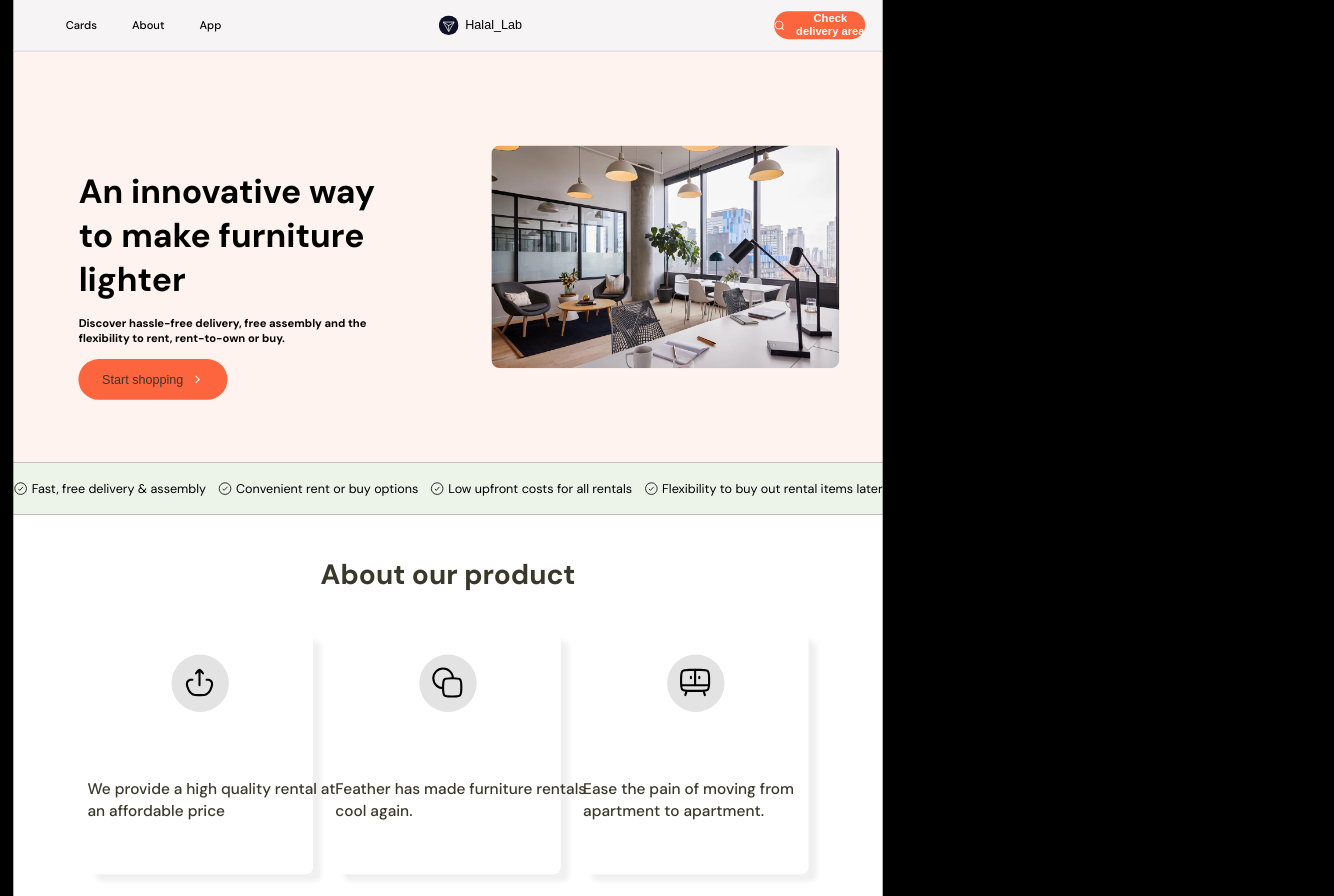
Repository: noman-source/Furniture-website
Page: index.html
The author's editor kept a copy of each file at every save. The page is drawn from the files as they stood at one save, then again after the next save.
The browser window is 1280 px wide. The page is 1905 px wide, so the pictures cover 1905 px, including what lies to the right of the window. The pictures show the part of the page from y = 0 to 1280 px (the page is 4310 px tall), at 70% of full size.

Above is the page before, as saved 2025-07-04 12:48:40.

### index.html
<!DOCTYPE html>
<html lang="en">

<head>
    <meta charset="UTF-8">
    <meta name="viewport" content="width=device-width, initial-scale=1.0">
    <title>Document</title>
    <link rel="stylesheet" href="style.css">
</head>

<body>
    <header>
        <div class="navbar">
            <div class="nav-left">
                <ul>
                    <li>Cards</li>
                    <li>About</li>
                    <li>App</li>
                </ul>
            </div>
            <div class="nav-center">
                <ul>
                    <li><img src="asserts/svg/navbar-logo.svg" alt=""></li>
                    <li>Halal_Lab</li>
                </ul>
            </div>
            <div class="nav-right"><button><img src="asserts/svg/search.svg" alt="">Check delivery area</button></div>
        </div>
    </header>
    <main>
        <div class="section1">
            <div class="section1-left">
                <div class="section1-text">
                    <h2>An innovative way to make furniture lighter</h2>
                    <h4>Discover hassle-free delivery, free assembly and the flexibility to rent, rent-to-own or buy.
                    </h4>
                    <div class="section1-butt"><button>
                            <p>Start shopping</p><img src="asserts/svg/arrow.svg" alt="">
                        </button></div>
                </div>
            </div>
            <div class="section1-right">
                <img src="asserts/image/img 1.jpg" alt="">
            </div>
        </div>
        <div class="section2">
            <ul>
                <li><img src="asserts/svg/checkmark-circle-01.svg" alt="">Fast, free delivery & assembly</li>
                <li><img src="asserts/svg/checkmark-circle-01.svg" alt="">Convenient rent or buy options</li>
                <li><img src="asserts/svg/checkmark-circle-01.svg" alt="">Low upfront costs for all rentals</li>
                <li><img src="asserts/svg/checkmark-circle-01.svg" alt="">Flexibility to buy out rental items later</li>
            </ul>
        </div>
        <div class="section3">
            <p>About our product</p>
            <div class="section3-content">
                <div class="box box1">
                    <div class="circle"><img src="asserts/svg/upload-03.svg" alt=""></div>
                    <p>We provide a high quality rental at an affordable price</p>
                </div>
                <div class="box box2">
                    <div class="circle"><img src="asserts/svg/drawing-mode.svg" alt=""></div>
                    <p>Feather has made furniture rentals
                        cool again.</p>
                </div>
                <div class="box box3">
                    <div class="circle"><img src="asserts/svg/cabinet-01.svg" alt=""></div>
                    <p>Ease the pain of moving from
                        apartment to apartment.</p>
                </div>

            </div>
        </div>
        <div class="section4">
            <p>Browse by room</p>
            <div class="section4-content">
                <div class="box box1"><img src="asserts/image/img 2.png" alt="">
                    <p>Office <img src="asserts/svg/Vector.svg" alt=""></p>
                </div>
                <div class="box box2"><img src="asserts/image/img 3.png" alt="">
                    <p>Bedroom <img src="asserts/svg/Vector.svg" alt=""></p>
                </div>
                <div class="box box3"><img src="asserts/image/img 4.png" alt="">
                    <p>Living room <img src="asserts/svg/Vector.svg" alt=""></p>
                </div>
                <div class="box box4"><img src="asserts/image/img 5.png" alt="">
                    <p>Dining room <img src="asserts/svg/Vector.svg" alt=""></p>
                </div>
            </div>
        </div>
        <div class="section5">
            <div class="section5-top">
                <div class="left">
                    <div class="text">
                        <h3>Hassle free</h3>
                        <p>High quality but affordable rental designs.</p>
                    </div>
                    <div class="button"><button>Learn more <img src="asserts/svg/arrow-down-01.svg" alt=""></button>
                    </div>
                </div>
                <div class="right"><img src="asserts/image/img 6.png" alt=""></div>
            </div>
            <div class="section5-middle">
                <div class="right"><img src="asserts/image/img 7.png" alt=""></div>
                <div class="left">
                    <div class="text">
                        <h3>Risk free</h3>
                        <p>Furniture three ways. Rent, rent-to-own, or buy. Your furniture is as flexible as you need it
                            to be.</p>
                    </div>
                    <div class="button"><button>Learn more <img src="asserts/svg/arrow-down-01.svg" alt=""></button>
                    </div>
                </div>
            </div>
            <div class="section5-end">
                <div class="left">
                    <div class="text">
                        <h3>Waste free</h3>
                        <p>Last year we saved 522 tons of furniture from landfills. With your help, we can do even more.
                        </p>
                    </div>
                    <div class="button"><button>Learn more <img src="asserts/svg/arrow-down-01.svg" alt=""></button>
                    </div>
                </div>
                <div class="right"><img src="asserts/image/img 8.png" alt=""></div>
            </div>
        </div>
        <div class="section6">
            <div class="section6-content">
                <h3>Shop what’s new</h3>
                <div class="boxes">
                    <div class="box">
                        <div class="box-top"><img src="asserts/image/img 9.png" alt=""></div>
                        <div class="box-bottom">
                            <h4>Valencia Modular </h4>
                            <p>$2,999</p>
                        </div>
                    </div>
                    <div class="box">
                        <div class="box-top"><img src="asserts/image/img 10.png" alt=""></div>
                        <div class="box-bottom">
                            <h4>The Floyd sofa</h4>
                            <p>$1200</p>
                        </div>
                    </div>
                    <div class="box">
                        <div class="box-top"><img src="asserts/image/img 11.png" alt=""></div>
                        <div class="box-bottom">
                            <h4>Playa Outdoor</h4>
                            <p>$1999</p>
                        </div>
                    </div>
                    <div class="box">
                        <div class="box-top"><img src="asserts/image/img 12.png" alt=""></div>
                        <div class="box-bottom">
                            <h4>Remi standing</h4>
                            <p>$2,999</p>
                        </div>
                    </div>
                </div>
            </div>
        </div>
    </main>

    <footer>
        <div class="boxes">
            <div class="box box1">
                <div class="box1-top">
                    <p>Be in the know<br>
                        Get the latest products, promotions, and design tips in your inbox. Sign up and get 25% off your
                        first month.</p>
                </div>
                <div class="box1-bottom"><input type="email"placeholder="Email"><button>Submit</button></div>
            </div>
            <div class="box box2"><ul>
                <li>Shop</li>
                <li>The Goods</li>
                <li>Feather for Business</li>
                <li>Get design help</li>
            </ul></div>
            <div class="box box3"><ul>
                <li>Help</li>
                <li>hello@livefeather.com</li>
                <li>FAQs</li>
            </ul></div>
            <div class="box box4"><ul>
                <li>Follow us</li>
                <li><img src="asserts/svg/Instagram.svg" alt=""><img src="asserts/svg/Twitter.svg" alt=""><img src="asserts/svg/pinterest.svg" alt=""><img src="asserts/svg/Facebook.svg" alt=""><img src="asserts/svg/linkdin.svg" alt=""></li>
            </ul></div>
        </div>
    </footer>

</body>

</html>

### style.css
@import url('https://fonts.googleapis.com/css2?family=DM+Sans:ital,opsz,wght@0,9..40,100..1000;1,9..40,100..1000&display=swap');
@import url('https://fonts.googleapis.com/css2?family=DM+Sans:ital,opsz,wght@0,9..40,100..1000;1,9..40,100..1000&display=swap');
@import url('https://fonts.googleapis.com/css2?family=DM+Sans:ital,opsz,wght@0,9..40,100..1000;1,9..40,100..1000&display=swap');

body {
    font-family: "DM Sans", sans-serif;
    background-color: black;
}

.website {
    background-color: white;
}

* {
    margin: 0;
    padding: 0;
}

header .navbar {
    width: 97%;
    margin: auto;
    height: 72px;
    display: flex;
    justify-content: space-around;
    align-items: center;
    background-color: rgb(246, 244, 244);
    gap: 13%;
    border-bottom: 1px solid #E4E4E4;
}

header .navbar .nav-left {
    font-size: 16px;
    font-weight: 500;
    line-height: 24px;
    letter-spacing: -1%;
}

header .navbar .nav-left ul {
    display: flex;
    justify-content: center;
    align-items: center;
    gap: 50px;
}

header .navbar .nav-left ul li {
    list-style-type: none;
}

header .navbar .nav-center ul {
    display: flex;
    justify-content: center;
    align-items: center;
    gap: 10px;
    font-family: "Ramabhadra", sans-serif;
}

header .navbar .nav-center ul li {
    list-style-type: none;
    font-size: 18px;
    font-weight: 400;
    display: flex;
    justify-content: center;
    align-items: center;
}

header .navbar .nav-right button {
    width: 130px;
    height: 40px;
    background-color: #FD653E;
    border-radius: 32px;
    border: none;
    transform: translateX(50px);
    display: flex;
    justify-content: center;
    align-items: center;
    gap: 15px;
    font-size: 16px;
    font-weight: 700;
    color: white;
}

main .section1 {
    width: 97%;
    margin: auto;
    height: 588px;
    background-color: #FFF3EF;
    display: flex;
    justify-content: space-around;
    align-items: center;
}

main .section1 .section1-right {
    width: 50%;
    display: flex;
    justify-content: center;
    align-items: center;
}

main .section1 .section1-left {
    width: 50%;
}

main .section1 .section1-left .section1-text {
    width: 70%;
    margin: auto;
    height: 250px;
    display: flex;
    flex-direction: column;
    gap: 20px;
}

main .section1 .section1-left .section1-text h2 {
    font-size: 48px;
    font-weight: 700;
}

main .section1 .section1-left .section1-text p {
    font-size: 18px;
    font-weight: 400;
    color: #39382A;
}

main .section1 .section1-left .section1-text button {
    width: 213px;
    height: 58px;
    display: flex;
    justify-content: center;
    align-items: center;
    gap: 10px;
    border-radius: 32px;
    border: transparent;
    background-color: #FD653E;
}

main .section1 .section1-left .section1-text button a {
    color: white;
    font-size: 20px;
    font-weight: 700;
    font-family: "DM Sans", sans-serif;
}

main .section1 .section1-right img {
    width: 80%;
    border-radius: 12px;
}

.section2 {
    height: 74px;
    width: 97%;
    margin: auto;
    background-color: #ECF4E9;
}

.section2 ul {
    height: 74px;
    display: flex;
    justify-content: space-between;
    align-items: center;
}

.section2 ul li {
    font-family: "DM Sans", sans-serif;
    list-style-type: none;
    display: flex;
    justify-content: center;
    align-items: center;
    gap: 5px;
    font-size: 18px;
    font-weight: 400;
}

.section3 {
    width: 97%;
    margin: auto;
    height: 515px;
    background-color: white;
}

.section3 > h2 {
    font-size: 40px;
    font-weight: 700;
}

.section3 p {
    font-size: 40px;
    font-weight: 700;
    height: 170px;
    display: flex;
    color: #39382A;
    justify-content: center;
    align-items: center;
}

.section3-content {
    display: flex;
    justify-content: center;
    align-items: center;
    gap: 32px;
}

.section3-content .box {
    width: 322px;
    border-radius: 10px;
    height: 344px;
    display: flex;
    align-items: center;
    justify-content: center;
    flex-direction: column;
    gap: 50px;
    box-shadow: 12px 10px 8px #F0F0F0;
}

.section3-content .box .circle {
    width: 50px;
    height: 50px;
    transform: translateY(30px);
    gap: 10px;
    border-radius: 99px; /* Corrected to 99px based on later image */
    padding: 16px; /* Corrected to 16px based on later image */
    background-color: #E3E3E3; /* Corrected to #E3E3E3 based on later image */
}

.section3-content .box p {
    width: 373px;
    margin: auto;
    display: flex;
    font-family: DM Sans;
    font-weight: 500;
    font-size: 22px;
    line-height: 32px;
    /* letter-spacing: 0%; */
    /* vertical-align: middle; */
}

.section4 {
    width: 97%;
    margin: auto;
    height: 551px;
    background-color: white;
}

.section4 p {
    font-weight: 700;
    font-size: 40px;
    line-height: 56px;
    letter-spacing: 0.9px;
    padding-top: 50px;
    padding-left: 100px; /* Added based on later image */
}

.section4 .section4-content {
    height: 287px;
    display: flex;
    justify-content: flex-start;
    padding-left: 100px;
    padding-top: 50px;
    gap: 32px;
}

.section4 .section4-content .box {
    height: 287px;
    display: flex;
    flex-direction: column;
    gap: 20px;
}

.section4 .section4-content .box img {
    height: 230px;
    width: 230px;
    border-radius: 12px;
}

.section4 .section4-content .box p {
    font-family: DM Sans;
    font-weight: 500;
    font-size: 22px;
    line-height: 32px;
    display: flex;
    gap: 16px; /* Corrected to 16px based on later image */
    justify-content: flex-start;
    align-items: center; /* Added based on later image */
    color: #39382A; /* Added based on later image */
}

.section5 {
    height: 1548px;
    background-color: white;
    width: 97%;
    margin: auto;
    display: flex;
    justify-content: center;
    align-items: center;
    flex-direction: column;
    gap: 40px;
}

.section5 > .section5-top,
.section5-middle,
.section5-end {
    height: 430px;
    border: 2px solid #E4E4E4;
    width: 87%;
    margin: auto;
    border-radius: 10px;
}

.section5 .section5-top {
    background-color: #ECF4E9;
    display: flex;
    justify-content: space-around;
    align-items: center;
}

.section5 .section5-middle {
    background-color: #FEF3EE;
    display: flex;
    justify-content: space-around;
    align-items: center;
}

.section5 .section5-end {
    background-color: #F0F8FA;
    display: flex;
    justify-content: space-around;
    align-items: center;
}

.section5 .right img {
    width: 60px;
    height: 388px;
    border-radius: 60px;
}

.section5 .left {
    width: 50%;
    display: flex;
    flex-direction: column;
    justify-content: center;
    align-items: center;
    gap: 30px;
}

.section5 .left .text {
    display: flex;
    flex-direction: column;
    gap: 16px;
}

.section5 .left .button {
    display: flex;
    justify-content: flex-start;
}

.section5 .left .text button {
    width: 400px;
}

.section5 .right {
    padding: 20px;
}

.section5 h3 {
    font-weight: 700;
    font-size: 40px;
    line-height: 50px;
    letter-spacing: 0.96px;
}

.section5 p {
    font-family: DM Sans;
    font-weight: 500;
    font-size: 22px;
    line-height: 32px;
    letter-spacing: 0%; /* Added based on later image */
    vertical-align: middle; /* Added based on later image */
    color: #39382A; /* Added based on later image */
}

.section5 .left button {
    width: 202px;
    height: 56px;
    gap: 10px;
    border-width: 1px;
    padding-top: 16px;
    padding-right: 32px;
    padding-bottom: 16px;
    padding-left: 32px;
    border-radius: 32px;
    background-color: transparent;
    border: 2px solid #FD653E;
    color: #FD653E;
    display: flex;
    justify-content: center;
    align-items: center;
    font-family: DM Sans;
    font-weight: 700;
    font-size: 18px;
}

.section6 {
    background-color: white;
    height: 730px;
    width: 97%;
    margin: auto;
}

.section6 img {
    width: 286px;
    height: 203px;
    border-radius: 12px;
}

.section6 .section6-content {
    height: 548px;
    background-color: #FFFCF8;
    width: 90.7%;
    margin: auto;
    padding-left: 180px;
    padding-top: 80px;
    display: flex;
    flex-direction: column;
    gap: 20px;
}

.section6-content .boxes {
    display: flex;
    gap: 32px;
}

.section6-content .boxes .box {
    display: flex;
    flex-direction: column;
    gap: 19px;
}

.section6 h2 {
    font-family: Circular Std;
    font-weight: 700;
}

.section6 h3 {
    /* font-family: Circular Std; */
    font-weight: 700;
    font-size: 40px;
    line-height: 50px;
    letter-spacing: 0px;
    vertical-align: middle;
    color: #39382A;
}

.section6-content .box-bottom {
    display: flex;
    flex-direction: column;
    gap: 4px;
}

.section6-content .box-bottom h4 {
    font-family: DM Sans;
    font-weight: 500;
    font-size: 18px;
    line-height: 26px;
    letter-spacing: 0%;
    vertical-align: middle;
    color: #39382A;
}

.section6-content .box-bottom p {
    font-family: DM Sans;
    font-weight: 500;
    font-size: 10px;
    line-height: 14px;
    letter-spacing: 0%;
    vertical-align: middle;
    color: #ED653B;
}

footer {
    border-top: 1px solid #DC0805;
    width: 97%;
    background-color: white;
    height: 230px;
    margin: auto;
    display: flex;
    justify-content: center;
    align-items: center;
    /* transform: translateY(130px); */
}

footer .boxes {
    display: grid;
    grid-template-columns: 403px 180px 180px 170px;
    width: 85%;
    margin: auto;
    /* background-color: #39382A; */
    height: 144px;
    justify-content: space-between;
}

footer .boxes .box1 {
    display: flex;
    flex-direction: column;
    gap: 20px;
}

footer .boxes .box1-top {
    font-family: DM Sans;
    font-weight: 700;
    font-size: 34px;
}

footer .boxes .box1 .box1-top {
    font-weight: 400;
    font-size: 14.13px;
    line-height: 24px;
    letter-spacing: 0%;
    vertical-align: middle;
}

footer .boxes .box1 .box1-bottom {
    display: flex;
    gap: 16px;
    justify-content: center;
    align-items: center;
}

footer .boxes .box1 .box1-bottom input {
    width: 245px;
    height: 48px;
    border: 1px solid #EDEDED;
    border-radius: 32px;
    outline: none;
}

footer .boxes .box1 .box1-bottom input::placeholder {
    transform: translateX(20px);
    font-family: DM Sans;
    font-weight: 500;
    font-size: 16px;
    line-height: 24px;
    letter-spacing: 1%;
    vertical-align: middle;
    color: #BABABA;
}

footer .boxes .box1 .box1-bottom button {
    width: 140px;
    height: 48px;
    border-width: 1px;
    border-radius: 48px;
    border: 1px solid #ED653B;
    background-color: transparent;
    font-family: DM Sans;
    font-weight: 500;
    font-size: 16px;
    line-height: 24px;
    letter-spacing: 1%;
    vertical-align: middle;
    color: #ED653B;
}

footer .boxes ul li:first-child {
    font-weight: 500;
    font-size: 16px;
    letter-spacing: 0.16px;
    color: #2A2A2D;
}

footer .boxes ul {
    display: flex;
    flex-direction: column;
    gap: 16px;
}

footer .boxes ul li {
    list-style-type: none;
    font-family: DM Sans;
    font-weight: 400; /* Added based on latest image */
    font-size: 16px; /* Added based on latest image */
    color: #39382A; /* Added based on latest image */
}

footer .boxes .box4 li:last-of-type {
    display: flex;
    justify-content: space-between;
    align-items: center;
}

After the next save:
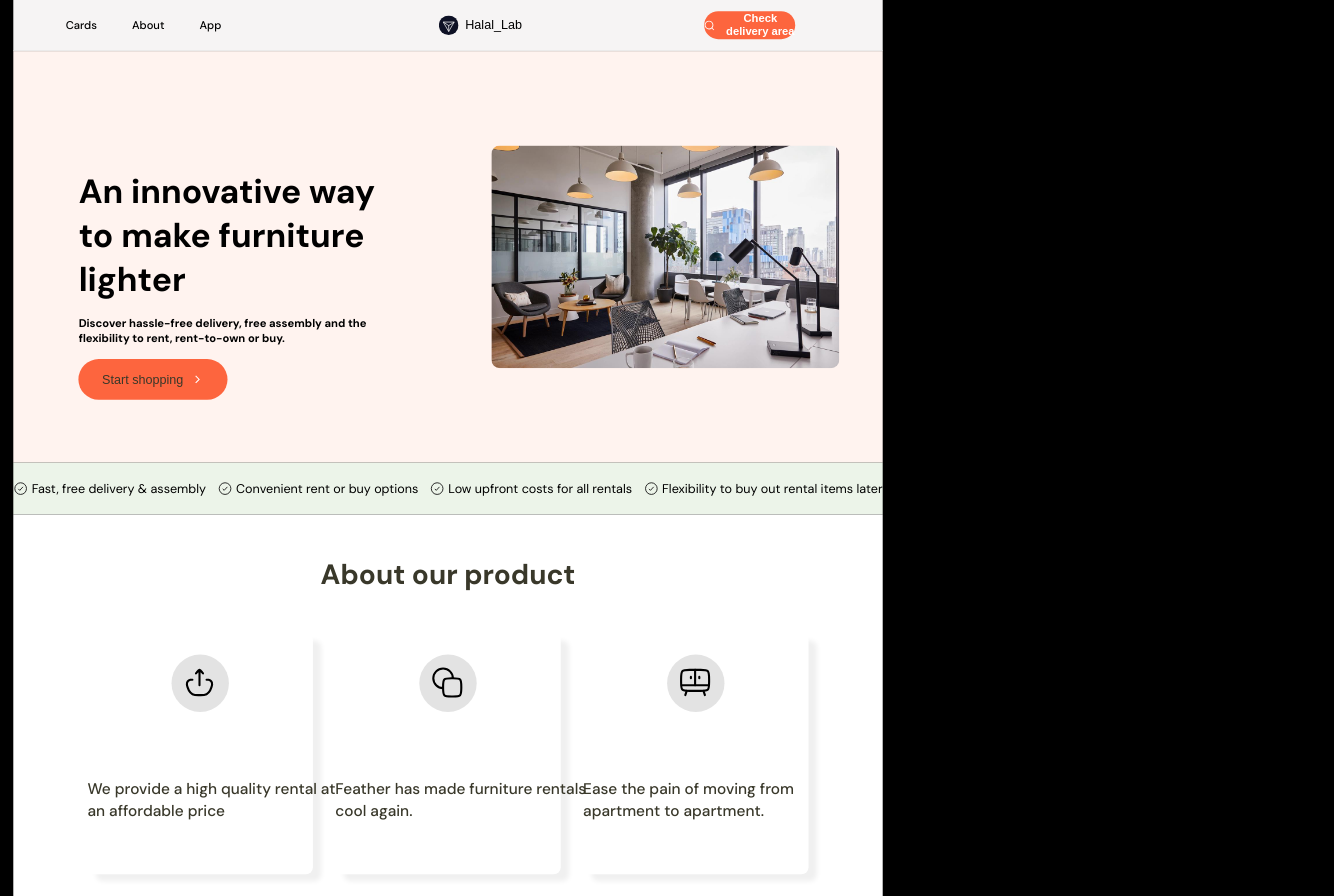
Saved 14 s later.
--- a/style.css
+++ b/style.css
@@ -69,7 +69,7 @@
     background-color: #FD653E;
     border-radius: 32px;
     border: none;
-    transform: translateX(50px);
+    transform: translateX(-50px);
     display: flex;
     justify-content: center;
     align-items: center;
